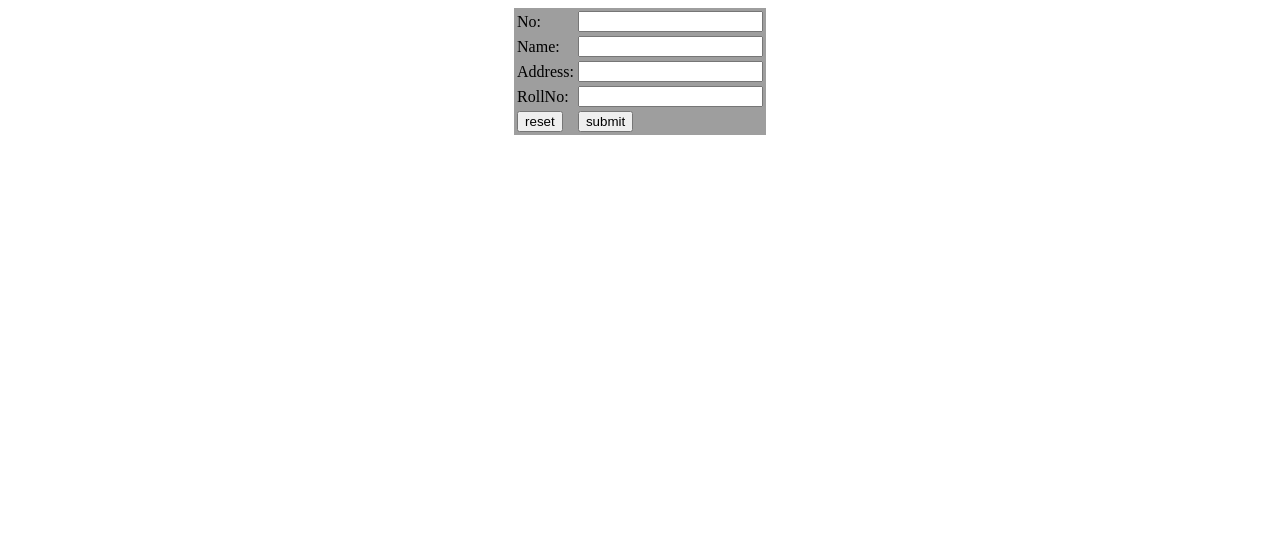
Repository: munnakumar046/eclipse-workspace
Page: DBApp/WebContent/form.html
These files come from the project's save history. The page is drawn as it stood at one moment and after the next save; the edit follows.
The browser window is 1280 px wide. The pictures show the whole page.
Pictures or frames that could not be fetched are drawn as grey boxes.

Above is the page before, as saved 2024-11-07 16:07:31.

After the next save:
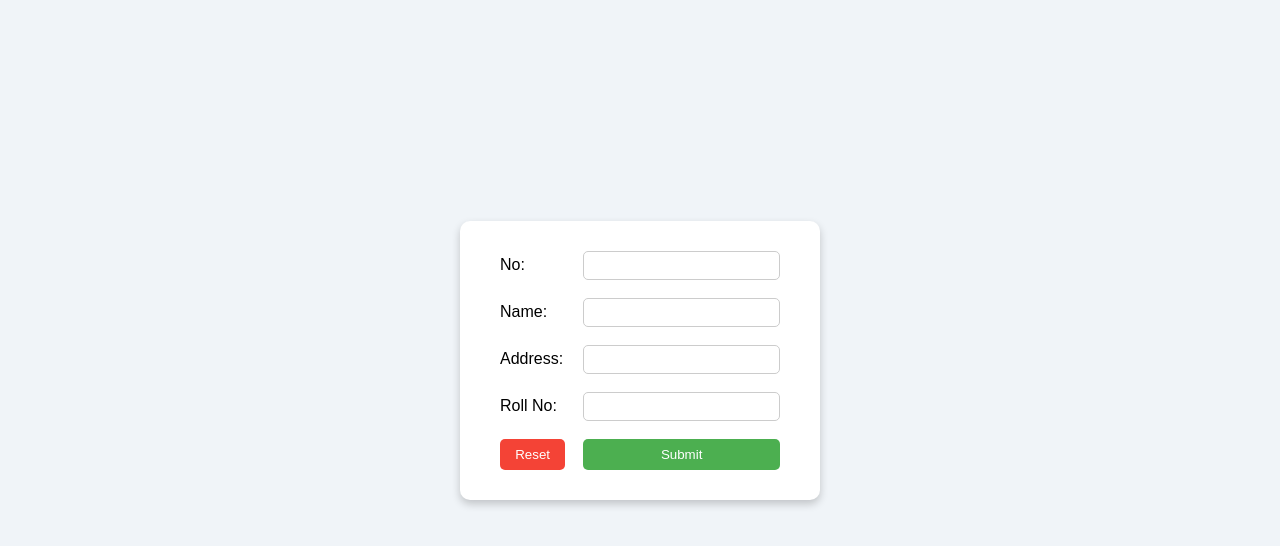
Saved 4 min 3 s later.
--- a/DBApp/WebContent/form.html
+++ b/DBApp/WebContent/form.html
@@ -1,33 +1,99 @@
+<!DOCTYPE html>
+<html lang="en">
+<head>
+    <meta charset="UTF-8">
+    <meta name="viewport" content="width=device-width, initial-scale=1.0">
+    <title>Form Example</title>
+    <style>
+        /* Background styling */
+        body {
+            background-color: #f0f4f8;
+            display: flex;
+            align-items: center;
+            justify-content: center;
+            height: 100vh;
+            margin: 0;
+            font-family: Arial, sans-serif;
+        }
 
-<form action="test" method="GET">
+        /* Form container styling */
+        .form-container {
+            background-color: #ffffff;
+            padding: 20px 30px;
+            border-radius: 10px;
+            box-shadow: 0 4px 8px rgba(0, 0, 0, 0.2);
+            width: 300px;
+        }
 
-	<table align="center" background="red">
+        /* Table styling */
+        table {
+            width: 100%;
+        }
 
-		<tr>
-			<td>No:</td>
-			<td><input type="text" name="t1"/></td>
-		</tr>
+        td {
+            padding: 8px;
+        }
 
-		<tr>
-			<td>Name:</td>
-			<td><input type="text" name="t2"/></td>
-		</tr>
+        /* Input field styling */
+        input[type="text"] {
+            width: 100%;
+            padding: 6px;
+            border-radius: 5px;
+            border: 1px solid #ccc;
+            box-sizing: border-box;
+        }
 
-		<tr>
-			<td>Address:</td>
-			<td><input type="text" name="t3"/></td>
-		</tr>
+        /* Button styling */
+        input[type="submit"],
+        input[type="reset"] {
+            width: 100%;
+            padding: 8px;
+            border: none;
+            border-radius: 5px;
+            color: #fff;
+            cursor: pointer;
+        }
 
-		<tr>
-			<td>RollNo:</td>
-			<td><input type="text" name="t4"/></td>
-		</tr>
+        input[type="submit"] {
+            background-color: #4CAF50; /* Submit button color */
+        }
 
-		<tr>
-			<td><input type="reset" value="reset"/></td>
-			<td><input type="submit" value="submit"/></td>
-		</tr>
+        input[type="reset"] {
+            background-color: #f44336; /* Reset button color */
+        }
 
-	</table>
-
-</form>
+        input[type="submit"]:hover,
+        input[type="reset"]:hover {
+            opacity: 0.9;
+        }
+    </style>
+</head>
+<body>
+    <div class="form-container">
+        <form action="test" method="GET">
+            <table align="center">
+                <tr>
+                    <td>No:</td>
+                    <td><input type="text" name="t1" /></td>
+                </tr>
+                <tr>
+                    <td>Name:</td>
+                    <td><input type="text" name="t2" /></td>
+                </tr>
+                <tr>
+                    <td>Address:</td>
+                    <td><input type="text" name="t3" /></td>
+                </tr>
+                <tr>
+                    <td>Roll No:</td>
+                    <td><input type="text" name="t4" /></td>
+                </tr>
+                <tr>
+                    <td><input type="reset" value="Reset" /></td>
+                    <td><input type="submit" value="Submit" /></td>
+                </tr>
+            </table>
+        </form>
+    </div>
+</body>
+</html>
